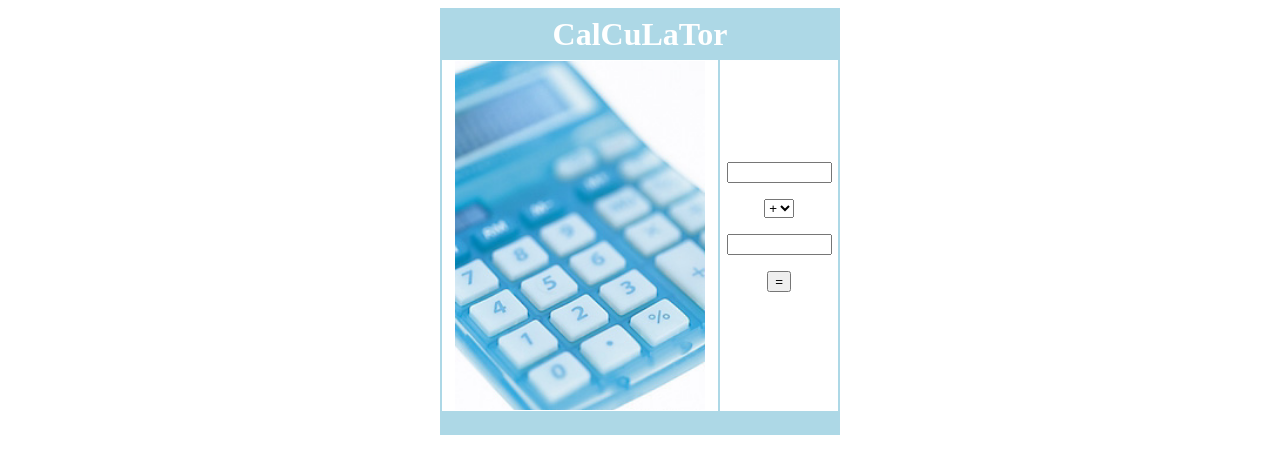
Repository: LeeHyeSu/JSP
Page: http://localhost/Practice32/calc.jsp
An editor plug-in stored every save of this project. The page is shown before and after the next save, followed by the edit.
The browser window is 1280 px wide. The pictures show the whole page.
The page is served by Tomcat 9. Other server files are loaded and not shown.

Above is the page before, as saved 2017-11-24 08:39:26.

### Practice32/WebContent/calc.jsp
<%@ page language="java" contentType="text/html; charset=UTF-8"
    pageEncoding="UTF-8"%>
<!DOCTYPE html PUBLIC "-//W3C//DTD HTML 4.01 Transitional//EN" "http://www.w3.org/TR/html4/loose.dtd">
<html>
<head>
<meta http-equiv="Content-Type" content="text/html; charset=UTF-8">
<title>계산기 만들기</title>
</head>
<body>
<form method="post" action="calc_result.jsp" name="form1">
	<table width="400" height="400" border="1"
		bordercolor="lightblue" align="center" cellspacing="0">
		<tr height="50">
			<td colspan="2" bgcolor="lightblue" align="center">
			<b><font size="6" color="white">CalCuLaTor</font></b>
			</td>
		</tr>
		<tr align="center">
			<td><img src="images/cal.jpg" width="250"></td>
			<td>
				<input type="text" name="op1" size="10"><p>
				<select name="operator">
					<option selected>+</option>
					<option>-</option>
					<option>*</option>
					<option>/</option>
				</select><p>
				<input type="text" name="op2" size="10"><p>
				<input type="submit" value="=">
			</td>
		</tr>
		<tr height="20">
			<td colspan="2" bgcolor="lightblue">&nbsp;</td>
		</tr>
	</table>
</form>
</body>
</html>

After the next save:
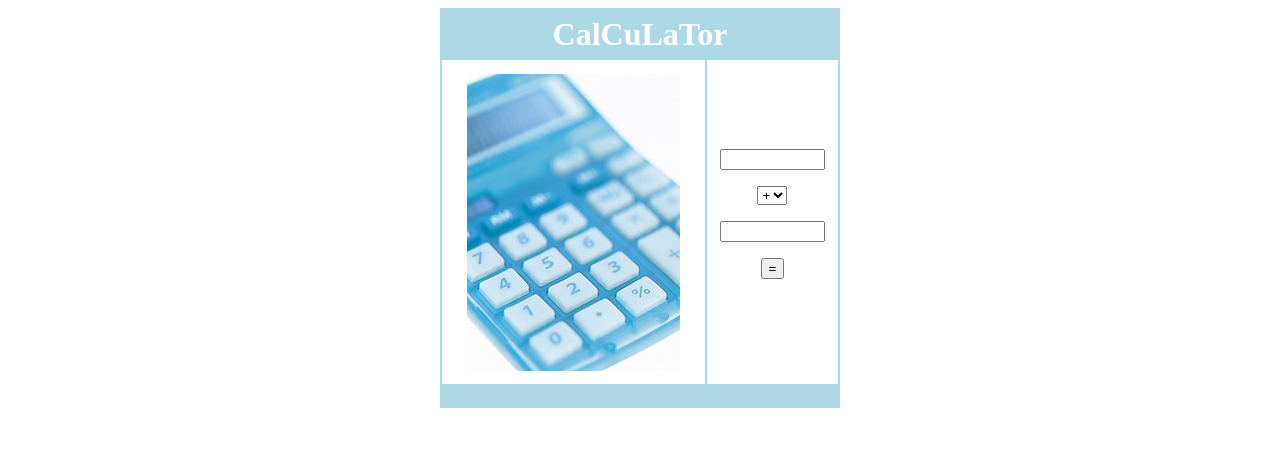
Saved 45 s later.
--- a/Practice32/WebContent/calc.jsp
+++ b/Practice32/WebContent/calc.jsp
@@ -16,7 +16,7 @@
 			</td>
 		</tr>
 		<tr align="center">
-			<td><img src="images/cal.jpg" width="250"></td>
+			<td><img src="images/cal.jpg"></td>
 			<td>
 				<input type="text" name="op1" size="10"><p>
 				<select name="operator">
